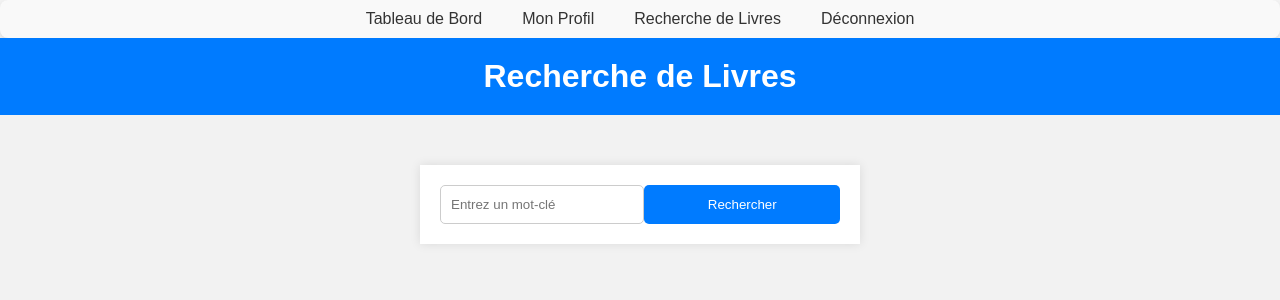
Repository: Eurin-lumen/space
Page: http://localhost/search.php
These files come from the project's save history. The page is drawn as it stood at one moment and after the next save; the edit follows.
The browser window is 1280 px wide. The pictures show the whole page.
The page is run by PHP 8.4 with error messages shown; the project is at /var/www/html/.

Above is the page before, as saved 2023-07-23 02:22:05.

After the next save:
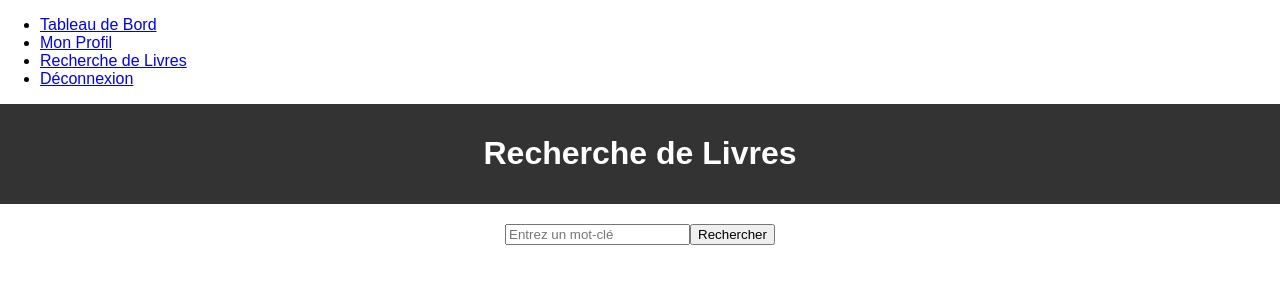
Saved 97 s later.
--- a/search.php
+++ b/search.php
@@ -16,7 +16,7 @@
 <head>
     <title>Recherche de livres</title>
     <link rel="stylesheet" type="text/css" href="css/style.css">
-    <link rel="stylesheet" type="text/css" href="user/user_style.css">
+    <!-- <link rel="stylesheet" type="text/css" href="user/user_style.css"> -->
 
 </head>
 <body>

After the save that followed:
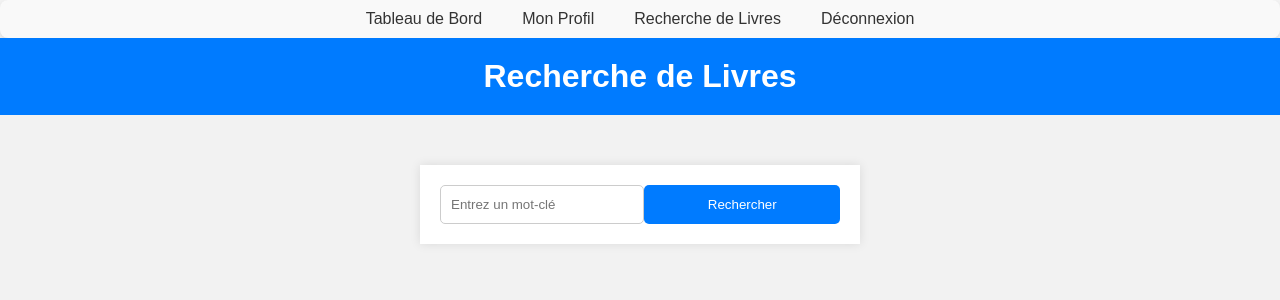
Saved 48 s later.
--- a/search.php
+++ b/search.php
@@ -16,7 +16,7 @@
 <head>
     <title>Recherche de livres</title>
     <link rel="stylesheet" type="text/css" href="css/style.css">
-    <!-- <link rel="stylesheet" type="text/css" href="user/user_style.css"> -->
+    <link rel="stylesheet" type="text/css" href="user/user_style.css">
 
 </head>
 <body>
